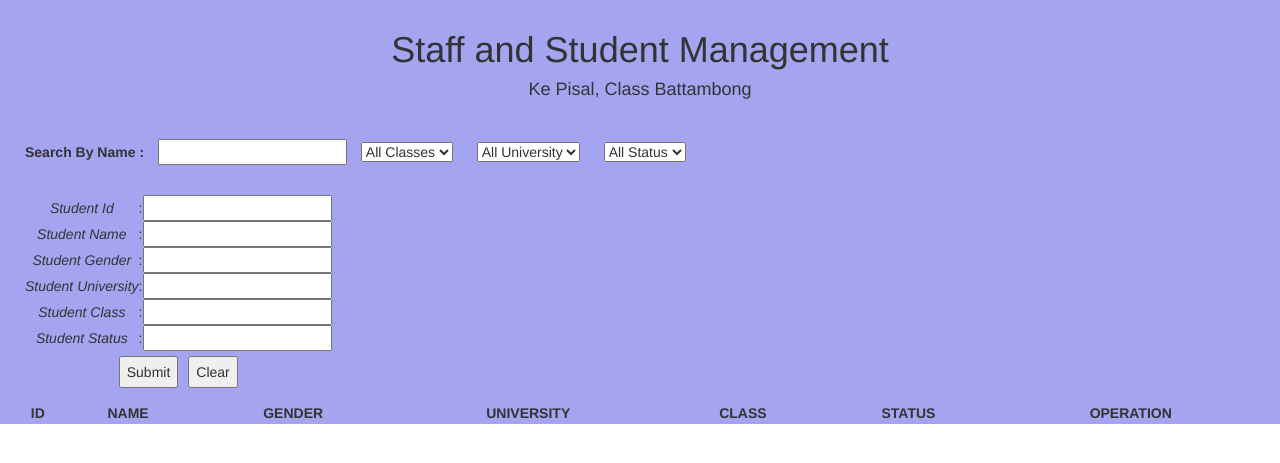
Repository: kepisal/ServletJAVA
Page: http://localhost/AjaxStaffandStudent/
These files come from the project's save history. The page is drawn as it stood at one moment and after the next save; the edit follows.
The browser window is 1280 px wide. The pictures show the whole page.
The page is served by Tomcat 9. Other server files are loaded and not shown. Queries for data that is not in the repository find no rows.

Above is the page before, as saved 2015-07-10 16:35:03.

### AjaxStaffandStudent/WebContent/index.jsp
<%@ page language="java" contentType="text/html; charset=ISO-8859-1"
	pageEncoding="ISO-8859-1"%>
<!DOCTYPE html>
<html>
<head>
<meta http-equiv="Content-Type" content="text/html; charset=ISO-8859-1">
<title>Staff and Student Management</title>
<link rel="stylesheet" type="text/css"
	href="bootstrap/css/bootstrap.css">
<!-- <link rel="stylesheet" type="text/css" href="css/style.css"> -->

<!-- <script
	src="http://ajax.googleapis.com/ajax/libs/jquery/1.11.3/jquery.min.js"></script> -->
<script type="text/javascript" src="js/jquery-min.js"></script>
<script type="text/javascript" src="bootstrap/js/bootstrap.js"></script>
<script type="text/javascript" src="bootstrap/js/bootstrap.min.js"></script>
<style type="text/css">
.maincontent {
	background-color: #A4A4F0;
}

#title {
	padding: 10px;
	width: 100%;
}

option {
	height: 23px;
}

th.mytb td{
	background-color:red;
	border: 1px solid black;
	border-collapse: collapse;

}
#title, th,td {
	text-align: center;
}

img {
	width: 20px;
}

#classlist, #universitylist, #txtinput, #statuslist {
	display: inline-block;
	margin: 10px;
}

button {
	margin: 5px;
	height: 32px
}
</style>
</head>
<body>
	<div class="maincontent col-sm-12">
		<div id="sheader">
			<div id="title">
				<h1>Staff and Student Management</h1>
				<h4>Ke Pisal, Class Battambong</h4>
			</div>
			<div id="classlist">
				<label>Search By Name : </label> <input type=text id=txtinput /> <select
					id=classselected onclick="searchClass()">

				</select>
			</div>
			<div id="universitylist">
				<select id=unvselected onclick="searchUniversity()">

				</select>
			</div>
			<div id="statuslist">
				<select id=statusselected onclick="searchStatus()">
					<option value=''>All Status</option>
					<option value=1>Active</option>
					<option value=0>Deactive</option>
				</select>
			</div>
		</div>
		<div id="sform">
			<table class="stuform" style="margin:10px;border:0px;">
				<tr><td><i>Student Id </i></td><td>:<input/></td></tr>
				<tr><td><i>Student Name </i></td><td>:<input/></td></tr>
				<tr><td><i>Student Gender </i></td><td>:<input/></td></tr>
				<tr><td><i>Student University </i></td><td>:<input/></td></tr>
				<tr><td><i>Student Class </i></td><td>:<input/></td></tr>
				<tr><td><i>Student Status </i></td><td>:<input/></td></tr>
				<tr><td colspan="2"><button id="btnadd btn btn-success" onclick="add()">Submit</button><button id="btnclear btn btn-success" onclick="add()">Clear</button></td></tr>
			</table>
		</div>
		<div id="sbody">
			<table class="mytb col-sm-12">
				<thead>
					<tr>
						<th>ID</th>
						<th>NAME</th>
						<th>GENDER</th>
						<th>UNIVERSITY</th>
						<th>CLASS</th>
						<th>STATUS</th>
						<th>OPERATION</th>
					</tr>
				</thead>
				<tbody id="tblist">
				</tbody>
			</table>
			<div id="sdetails">
				<!-- <i><h2>-------------Information Detail------------</h2></i> <label>ID
				:</label>
			<h3 id="stuid"></h3>
			<label>NAME :</label>
			<h3 id="stuname"></h3>
			<label>GENDER :</label>
			<h3 id="stugender"></h3>
			<label>UINVERSITY :</label>
			<h3 id="stuuniversity"></h3>
			<label>CLASS :</label>
			<h3 id="stuclass"></h3>
			<label>STATUS :</label>
			<h3 id="stustatus">ss</h3>
			<i><h2>-------------Information Detail------------</h2></i> -->
			</div>
		</div>
		<div class="col-sm-3"></div>
	</div>
	<script type="text/javascript" src="js/script.js"></script>
</body>
</html>

### AjaxStaffandStudent/WebContent/js/script.js
$(document).ready(function() {
	lists(); // list all objects in table
	droplist(); // list all objects in dropdownlist(class, university)
	$("#txtinput").keyup(function() {
		searchName($("#txtinput").val()); // action keyup on textbox
	});
});
/*
 * @param : data is JSon generate <option> value </option> for dropdownlist
 * class
 */
function classlist(data) {
	var str = "";
	str += "<option value=''>All Classes</option>;";
	for (var i = 0; i < data.length; i++) {
		str += "<option value=" + data[i].classes + ">" + data[i].classes;
	}
	str += "</option>";
	return str;
}
/*
 * @param : data is JSon generate <option> value </option> for dropdownlist
 * university
 */
function unvlist(data) {
	var str = "";
	str += "<option value=''>All University</option>;";
	for (var i = 0; i < data.length; i++) {
		str += "<option value=" + data[i].unversity + ">" + data[i].unversity;
	}
	str += "</optiont>";
	return str;
}

/*
 * get data from url and put into function with param
 */
function droplist() {
	$.post("classlist.hrd", function(data) {
		$("#classselected").html(classlist(data));
	});
	$.post("universitylist.hrd", function(data) {
		$("#unvselected").html(unvlist(data));
	});
}
/*
 * generate rows inside table list
 */
function lists() {
	$.post("listobject.hrd", function(data) {
		$("#tblist").html(listobjectdetails(data));
	});

}
/*
 * create tag <tr><td> value </td></tr> follow data
 */
function listobjectdetails(data) {
	var str = "";
	for (var i = 0; i < data.length; i++) {

		str += "<tr>" + "<td id=studid" + i + ">" + data[i].stuid + "</td>"
				+ "<td>" + data[i].stuname + "</td>" + "<td>"
				+ checkGender(data[i].gender) + "</td>" + "<td>"
				+ data[i].unversity + "</td>" + "<td>" + data[i].classes
				+ "</td>" + "<td>" + checkStatus(data[i].status, i) + "</td>"
				+ "<td><button class=btnEdit" + i + " onclick=editFun(" + i
				+ ")>Edit</button><button class=btnRemove" + i
				+ " onclick=removeFun(" + i
				+ ")>Remove</button><button  class=btnView" + i
				+ " onclick=viewFun(" + i + ")>View</button></td>" + "</tr>";
	}

	str += "</table>";

	return str;
}
/*
 * create form for edit and insertion
 */
function myform() {
	var str = "";
}

/*
 * change value 0,1 to male and female
 */
function checkGender(data) {
	var gender;
	if (data == 0) {
		gender = "Male";
	} else {
		gender = "Female";
	}
	return gender;
}
/*
 * change value 0,1 to image 0.png and 1.png
 */
function checkStatus(data, i) {
	var img;
	if (data == 0) {
		img = "<a href=#><img src=img/0.png id=mydata" + i
				+ " onclick=updateStatus(" + i + "," + data + ")></a>";
	} else {
		img = "<a href=#><img src=img/1.png id=mydata" + i
				+ " onclick=updateStatus(" + i + "," + data + ")></a>";
	}
	return img;
}
/*
 * @param : id, value id -> id of each students value -> value of status update
 * status
 */
function updateStatus(id, value) {
	var stuid = $("#studid" + id).text();
	var active;
	if (value == 0) {
		active = 1;
	} else {
		active = 0;
	}
	$.post("editobject.hrd", {
		stu_id : stuid,
		stu_status : active
	}, function(data) {
		lists();
	});
}
/*
 * search by name()
 */
function searchName() {
	var stuname = $('#txtinput').val();
	var stuclass = $('#classselected option:selected').val();
	var stuuniver = $('#unvselected option:selected').val();
	var stustatus = $('#statusselected option:selected').val();
	if (stuname == '') {
		lists();
	}
	$.post("searchobject.hrd", {
		stu_name : stuname,
		stu_class : stuclass,
		stu_university : stuuniver,
		stu_status : stustatus
	}, function(data) {
		$("#tblist").html(listobjectdetails(data));
	});
}
/*
 * search by class()
 */
function searchClass() {
	var stuname = $('#txtinput').val();
	var stuclass = $('#classselected option:selected').val();
	var stuuniver = $('#unvselected option:selected').val();
	var stustatus = $('#statusselected option:selected').val();
	$.post("searchobject.hrd", {
		stu_name : stuname,
		stu_class : stuclass,
		stu_university : stuuniver,
		stu_status : stustatus
	}, function(data) {
		$("#tblist").html(listobjectdetails(data));
	});
}
/*
 * search by university()
 */
function searchUniversity() {
	var stuname = $('#txtinput').val();
	var stuclass = $('#classselected option:selected').val();
	var stuuniver = $('#unvselected option:selected').val();
	var stustatus = $('#statusselected option:selected').val();
	$.post("searchobject.hrd", {
		stu_name : stuname,
		stu_class : stuclass,
		stu_university : stuuniver,
		stu_status : stustatus
	}, function(data) {
		$("#tblist").html(listobjectdetails(data));
	});
}
/*
 * search by status()
 */
function searchStatus() {
	var stuname = $('#txtinput').val();
	var stuclass = $('#classselected option:selected').val();
	var stuuniver = $('#unvselected option:selected').val();
	var stustatus = $('#statusselected option:selected').val();
	$.post("searchobject.hrd", {
		stu_name : stuname,
		stu_class : stuclass,
		stu_university : stuuniver,
		stu_status : stustatus
	}, function(data) {
		$("#tblist").html(listobjectdetails(data));
	});
}
/*
 * Add Function
 */
function add() {
	$("#sbody").load("pages/addForm.html"); // load file from article
}

function editFun(i) {
	alert("This is Edit" + $("#studid" + i).text());
}
function removeFun(i) {
	var stuid = $("#studid" + i).text();
	$.post("deleteobject.hrd", {
		stu_id : stuid
	}, function(data) {
		lists();
	});
}
function viewFun(i) {
	var stuid = $("#studid" + i).text();
	$.post("viewobject.hrd", {
		stu_id : stuid
	}, function(data) {
		$("#sbody").load("pages/viewdetails.html");
	});
}

### AjaxStaffandStudent/src/Controller/Front_Controller.java
package Controller;
import java.io.IOException;

import javax.servlet.RequestDispatcher;
import javax.servlet.ServletException;
import javax.servlet.annotation.WebServlet;
import javax.servlet.http.HttpServlet;
import javax.servlet.http.HttpServletRequest;
import javax.servlet.http.HttpServletResponse;

import Model.ObjectDAO;

@WebServlet("*.hrd")
public class Front_Controller extends HttpServlet {
	private static final long serialVersionUID = 1L;

	public Front_Controller() {
		super();
	}

	protected void doGet(HttpServletRequest request, HttpServletResponse response) throws ServletException, IOException {
		doProcess(request, response);
	}

	protected void doPost(HttpServletRequest request, HttpServletResponse response) throws ServletException, IOException {
		doProcess(request, response);
	}

	protected void doProcess(HttpServletRequest request, HttpServletResponse response) throws ServletException, IOException {
		String RequestURI = request.getRequestURI();

		System.out.println(RequestURI);
		String contextPath = request.getContextPath();
		System.out.println(contextPath);
		String command = RequestURI.substring(contextPath.length());
		ActionForward forward = null;
		Action action = null;

		System.out.println(command);

		switch(command){
			case "/listobject.hrd":
				action = new ListObject();
				try {
					forward = action.execute(request, response);
					System.out.println(forward);
				} catch (Exception e) {
					e.printStackTrace();
				}
				break;
			case "/classlist.hrd":
				action = new classList();
				try {
					forward = action.execute(request, response);
					System.out.println(forward);
				} catch (Exception e) {
					e.printStackTrace();
				}
				break;
			case "/universitylist.hrd":
				action = new universityList();
				try {
					forward = action.execute(request, response);
					System.out.println(forward);
				} catch (Exception e) {
					e.printStackTrace();
				}
				break;
			case "/editobject.hrd":
				action = new EditObject();
				try {
					forward = action.execute(request, response);
				} catch (Exception e) {
					e.printStackTrace();
				}
				break;
			case "/searchobject.hrd":
				action = new Search();
				try {
					forward = action.execute(request, response);
				} catch (Exception e) {
					e.printStackTrace();
				}
				break;
			case "/viewobject.hrd":
				action = new ViewObject();
				try {
					forward = action.execute(request, response);
				} catch (Exception e) {
					e.printStackTrace();
				}
				break;
			case "/deleteobject.hrd":
				action = new DeleteObject();
				try {
					forward = action.execute(request, response);
				} catch (Exception e) {
					e.printStackTrace();
				}
				break;
			default :
				forward = new ActionForward();
				forward.setPath("404.jsp");
				forward.setRedirect(false);
				break;


		}

		if (forward != null) {
			if (forward.isRedirect()) {
				response.sendRedirect(forward.getPath());
			} else {
				RequestDispatcher dispatcher = request
						.getRequestDispatcher(forward.getPath());
				dispatcher.forward(request, response);
			}

		}

	}
}

### AjaxStaffandStudent/src/Controller/ListObject.java
package Controller;

import java.util.ArrayList;

import javax.servlet.http.HttpServletRequest;
import javax.servlet.http.HttpServletResponse;

import com.google.gson.Gson;

import Controller.Action;
import Controller.ActionForward;
import Model.ObjectDAO;
import Model.ObjectDTO;

public class ListObject implements Action {

	@Override
	public ActionForward execute(HttpServletRequest request,
			HttpServletResponse response) throws Exception {

		ObjectDAO dao = new ObjectDAO();
		ArrayList<ObjectDTO> objectlist = dao.list();

		response.setContentType("application/json");
		response.setCharacterEncoding("UTF-8");
		String obj= new Gson().toJson(objectlist);

		response.getWriter().write(obj);


		return null;
	}

}

### AjaxStaffandStudent/src/Model/ObjectDAO.java
package Model;

import java.beans.Statement;
import java.sql.Connection;
import java.sql.DriverManager;
import java.sql.PreparedStatement;
import java.sql.ResultSet;
import java.sql.SQLException;
import java.util.ArrayList;
import java.sql.*;

import javax.naming.InitialContext;
import javax.sql.DataSource;

public class ObjectDAO {
	static Connection cn;

	/*
	 * list all of elements in database return Arraylist objects
	 */
	public ArrayList<ObjectDTO> list() throws SQLException,
			ClassNotFoundException {

		String sql = "select * from hrd_students";
		java.sql.Statement stm = cn.createStatement();
		ResultSet rs = stm.executeQuery(sql);
		ArrayList<ObjectDTO> objectdto = new ArrayList<ObjectDTO>();
		try {
			while (rs.next()) {
				objectdto.add(new ObjectDTO(rs.getString("stu_id"), rs
						.getString("stu_name"), rs.getInt("stu_gender"), rs
						.getString("stu_university"),
						rs.getString("stu_class"), rs.getInt("stu_status")));
			}

		} catch (Exception e) {
			e.printStackTrace();
		}
		return objectdto;
	}

	/*
	 * @param : id and status function update status 0 to 1 and 1 to 0 follow id
	 * return true/false for success or faild
	 */
	public boolean update(String id, int status) throws SQLException {
		try (PreparedStatement pstm = cn
				.prepareStatement("update hrd_students set stu_status=? where stu_id=?");) {

			pstm.setString(1, String.valueOf(status));
			pstm.setString(2, id);
			return pstm.execute();
		} catch (Exception e) {
			e.printStackTrace();
		}
		return false;
	}

	/*
	 * distinct the class value return Arraylist objects (0,1)
	 */
	public ArrayList<ObjectDTO> classList() throws SQLException {
		String sql = "SELECT distinct stu_class FROM hrd_students";
		java.sql.Statement stm = cn.createStatement();
		ResultSet rs = stm.executeQuery(sql);
		ArrayList<ObjectDTO> objectdto = new ArrayList<ObjectDTO>();
		try {
			while (rs.next()) {
				objectdto.add(new ObjectDTO("", "", 0, "", rs
						.getString("stu_class"), 0));
			}
		} catch (Exception e) {
			e.printStackTrace();
		}
		return objectdto;
	}

	/*
	 * distinct the university value return Arraylist objects (0,1)
	 */
	public ArrayList<ObjectDTO> universityList() throws SQLException {
		String sql = "select distinct stu_university from hrd_students";
		java.sql.Statement stm = cn.createStatement();
		ResultSet rs = stm.executeQuery(sql);
		ArrayList<ObjectDTO> objectdto = new ArrayList<ObjectDTO>();
		try {
			while (rs.next()) {
				objectdto.add(new ObjectDTO("", "", 0, rs
						.getString("stu_university"), "", 0));
			}
		} catch (Exception e) {
			e.printStackTrace();
		}
		return objectdto;
	}

	/*
	 * Search all of content by name, class, university and status return as
	 * ArrayList objects
	 */
	public ArrayList<ObjectDTO> search(String name, String classes,
			String university, String status) throws SQLException {
		PreparedStatement ps = cn
				.prepareStatement("select * from hrd_students where stu_university LIKE ? and stu_class LIKE ? and stu_status LIKE ? and stu_name like ?");
		ps.setString(1, university + "%");
		ps.setString(2, classes + "%");
		ps.setString(3, status + "%");
		ps.setString(4, "%" + name + "%");
		ResultSet rs = ps.executeQuery();
		ArrayList<ObjectDTO> alist = new ArrayList<ObjectDTO>();
		while (rs.next()) {
			alist.add(new ObjectDTO(rs.getString("stu_id"), rs
					.getString("stu_name"), rs.getInt("stu_gender"), rs
					.getString("stu_university"), rs.getString("stu_class"), rs
					.getInt("stu_status")));
		}
		return alist;
	}

	public ObjectDTO viewObject(String id) throws SQLException {
		String sql = "select * from hrd_students where stu_id=?";
		PreparedStatement pstm = cn.prepareStatement(sql);
		pstm.setString(1, id);
		ResultSet rs = pstm.executeQuery();
		ObjectDTO objectdto = new ObjectDTO();
		try {
			if (rs.next()) {
				objectdto = new ObjectDTO(rs.getString("stu_id"),
						rs.getString("stu_name"), rs.getInt("stu_gender"),
						rs.getString("stu_university"),
						rs.getString("stu_class"), rs.getInt("stu_status"));
			}

		} catch (Exception e) {
			e.printStackTrace();
		}
		return objectdto;
	}

	public boolean DeleteObject(String id) throws SQLException {
		String sql = "delete from hrd_students where stu_id=?";
		PreparedStatement pstm = cn.prepareStatement(sql);
		pstm.setString(1, id);
		return pstm.execute();
	}

	/********************** Here is Connection Database *********************************/
	static {
		try {
			Class.forName("com.mysql.jdbc.Driver");
			cn = DriverManager.getConnection(
					"jdbc:mysql://localhost:3306/ssdbmanage", "admin", "admin");
		} catch (Exception e) {
			// TODO Auto-generated catch block
			e.printStackTrace();
		}
	}
	/**********************
	 * Here is Connection Database
	 *
	 * @throws SQLException
	 *********************************/

}

### AjaxStaffandStudent/src/Controller/classList.java
package Controller;

import java.util.ArrayList;

import javax.servlet.http.HttpServletRequest;
import javax.servlet.http.HttpServletResponse;

import Model.ObjectDAO;
import Model.ObjectDTO;

import com.google.gson.Gson;

public class classList implements Action {

	public ActionForward execute(HttpServletRequest request,
			HttpServletResponse response) throws Exception {

		ObjectDAO dao = new ObjectDAO();
		ArrayList<ObjectDTO> objectlist = dao.classList();

		response.setContentType("application/json");
		response.setCharacterEncoding("UTF-8");
		String obj= new Gson().toJson(objectlist);

		response.getWriter().write(obj);
		return null;
	}

}

### AjaxStaffandStudent/src/Controller/universityList.java
package Controller;

import java.util.ArrayList;

import javax.servlet.http.HttpServletRequest;
import javax.servlet.http.HttpServletResponse;

import Model.ObjectDAO;
import Model.ObjectDTO;

import com.google.gson.Gson;

public class universityList implements Action {
	public ActionForward execute(HttpServletRequest request,
			HttpServletResponse response) throws Exception {

		ObjectDAO dao = new ObjectDAO();
		ArrayList<ObjectDTO> objectlist = dao.universityList();

		response.setContentType("application/json");
		response.setCharacterEncoding("UTF-8");
		String obj= new Gson().toJson(objectlist);

		response.getWriter().write(obj);
		return null;
	}
}

Loaded but not shown: AjaxStaffandStudent/WebContent/bootstrap/css/bootstrap.css (library); AjaxStaffandStudent/WebContent/js/jquery-min.js (library); AjaxStaffandStudent/WebContent/bootstrap/js/bootstrap.js (library); AjaxStaffandStudent/WebContent/bootstrap/js/bootstrap.min.js (library)

After the next save:
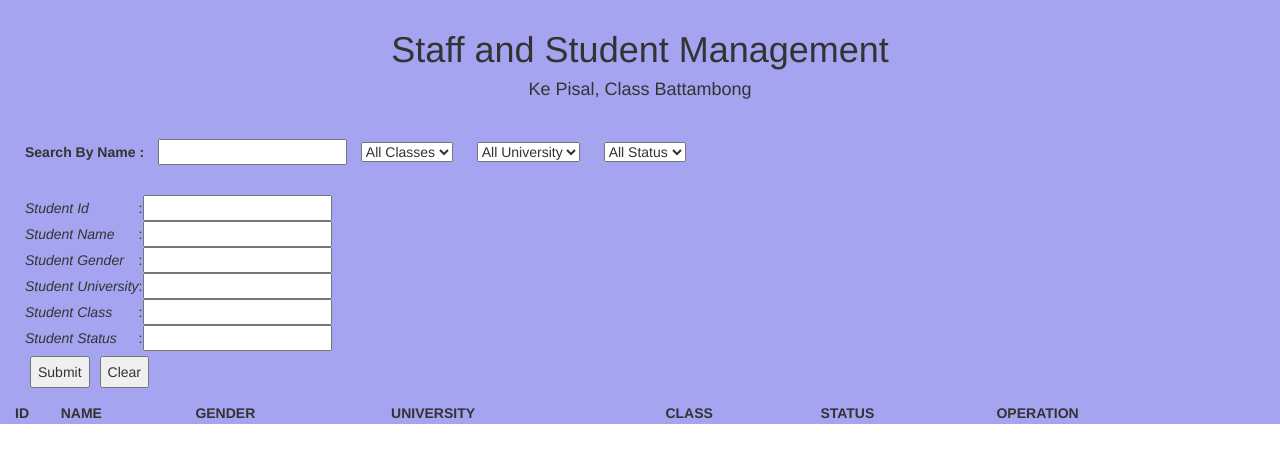
Saved 39 s later.
--- a/AjaxStaffandStudent/WebContent/index.jsp
+++ b/AjaxStaffandStudent/WebContent/index.jsp
@@ -34,7 +34,7 @@ th.mytb td{
 	border-collapse: collapse;
 
 }
-#title, th,td {
+#title{
 	text-align: center;
 }
 
